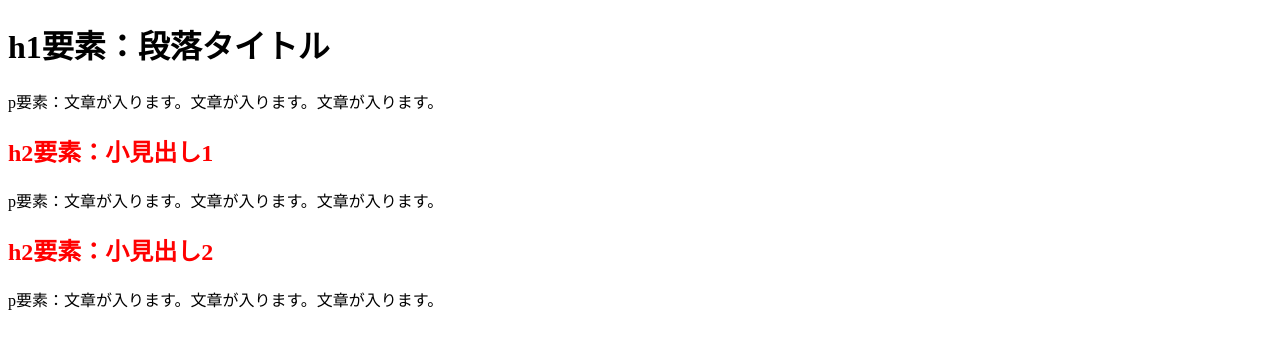
Repository: T-Ohchi/samurai_HTML-CSS
Page: index.html
The author's editor kept a record of every edit. The page is drawn from the files as they stood at one moment, then again after the next edit.
The browser window is 1280 px wide. The pictures show the whole page.

Above is the page before.

### index.html
<!DOCTYPE html>
<html lang="ja">
<head>
  <meta charset="UTF-8">
  <title>HTML/CSSの学習</title>
  <style>
  h2{
    color:red;
  }
  </style>
</head>
<body>
  <h1>h1要素：段落タイトル</h1>
  <p>p要素：文章が入ります。文章が入ります。文章が入ります。</p>
  <h2>h2要素：小見出し1</h2>
  <p>p要素：文章が入ります。文章が入ります。文章が入ります。</p>
  <h2>h2要素：小見出し2</h2>
  <p>p要素：文章が入ります。文章が入ります。文章が入ります。</p>
</body>
</html>

After the next edit:
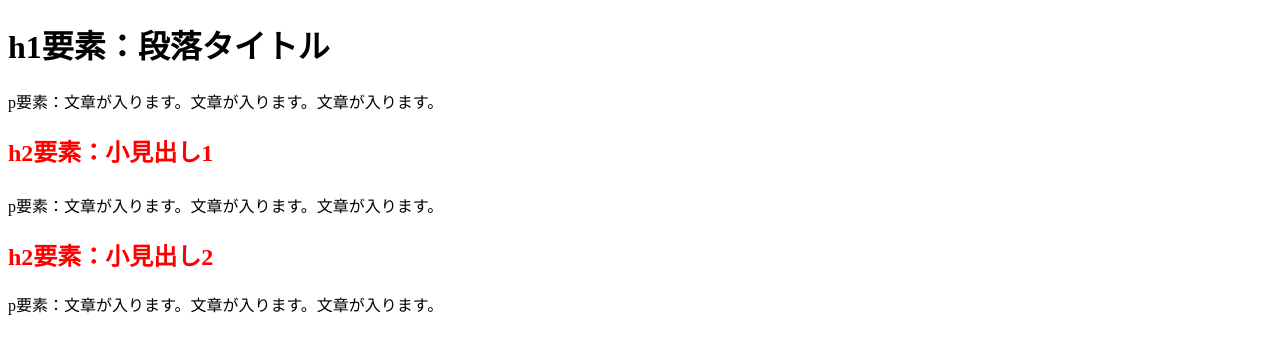
The edit:
--- a/index.html
+++ b/index.html
@@ -13,6 +13,7 @@
   <h1>h1要素：段落タイトル</h1>
   <p>p要素：文章が入ります。文章が入ります。文章が入ります。</p>
   <h2>h2要素：小見出し1</h2>
+  <p style="font-size:25px;">
   <p>p要素：文章が入ります。文章が入ります。文章が入ります。</p>
   <h2>h2要素：小見出し2</h2>
   <p>p要素：文章が入ります。文章が入ります。文章が入ります。</p>
